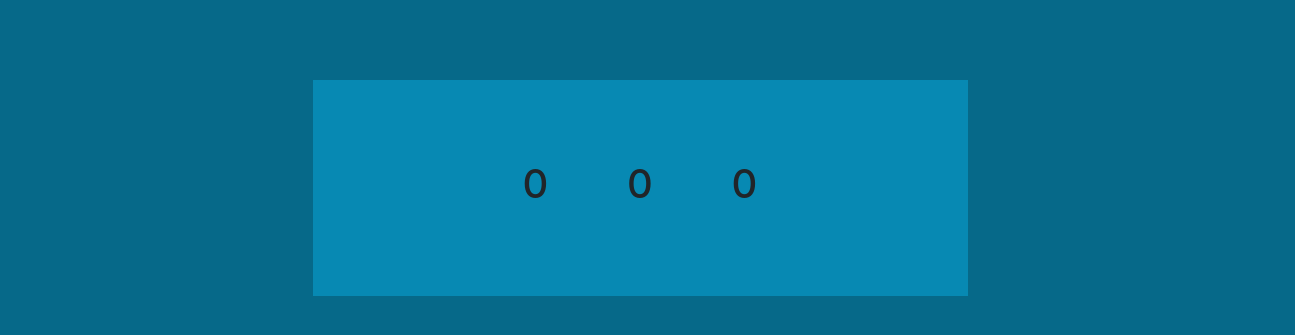
Repository: moiz9265/stopwatch
Page: index.html
These files come from the project's save history. The page is drawn as it stood at one moment and after a run of saves; the edit follows.
The browser window is 1280 px wide. The page is 1295 px wide, so the pictures cover 1295 px, including what lies to the right of the window. The pictures show the whole page.

Above is the page before, as saved 2020-07-09 22:55:56.

After the next 3 saves:
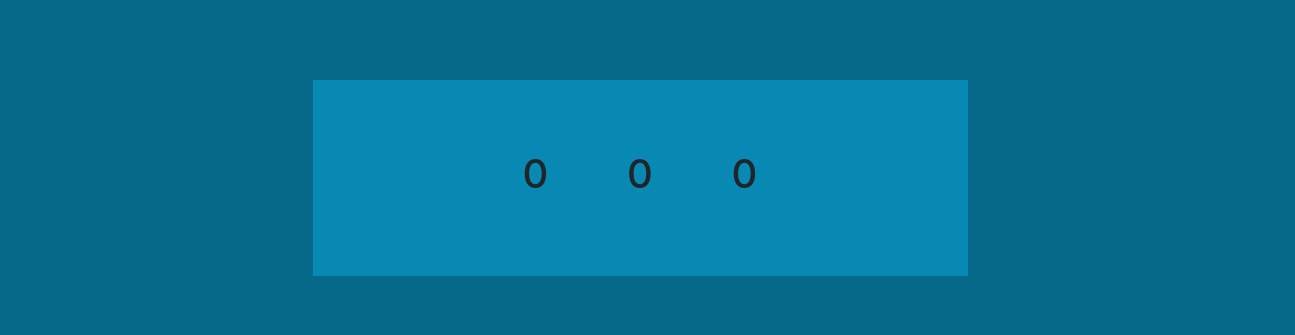
The 3 saves are shown as one change because they came seconds apart.
The last was saved 23 s later.
--- a/css/style.css
+++ b/css/style.css
@@ -7,8 +7,8 @@ body{
 
     width: 40%;
     background-color: #0789B3;
-    padding-top: 80px;
-    padding-bottom: 80px;
+    padding-top: 70px;
+    padding-bottom: 70px;
     padding-left: 50px;
     padding-right: 50px;
 
